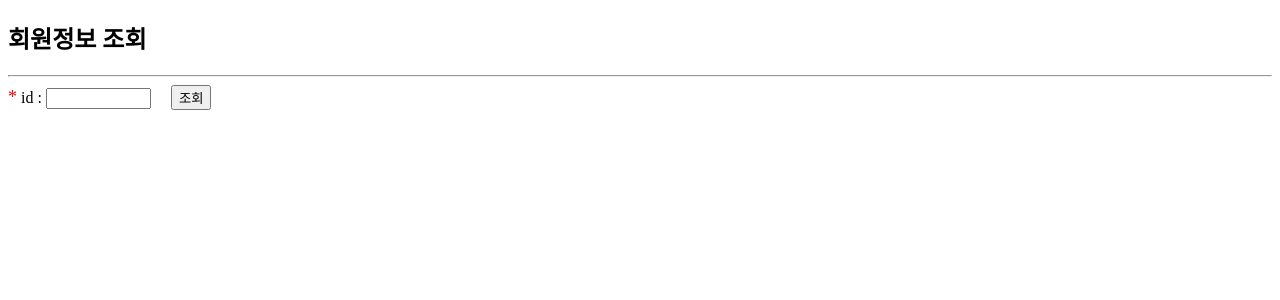
Repository: chuni90/bigdata
Page: http://localhost/tutorial_04/view/Search_form.jsp
An editor plug-in stored every save of this project. The page is shown before and after the next save, followed by the edit.
The browser window is 1280 px wide. The pictures show the whole page.
The page is served by Tomcat 9. Other server files are loaded and not shown.

Above is the page before, as saved 2019-09-24 07:31:16.

### 2. Java DB/Oracle/tutorial_04/WebContent/view/Search_form.jsp
<%@ page language="java" contentType="text/html; charset=UTF-8"
    pageEncoding="UTF-8"%>
<!DOCTYPE html PUBLIC "-//W3C//DTD HTML 4.01 Transitional//EN" "http://www.w3.org/TR/html4/loose.dtd">
<html>
	<head>
		<meta http-equiv="Content-Type" content="text/html; charset=UTF-8">
		<title>Insert title here</title>
	</head>
	<body>
		<h2>회원정보 조회</h2><hr>
		<form action = "/tutorial_04/search" method = "post">  <!-- 절대 주소로 사용 -->
			<font color = "red" size = "4">*</font>
			id : <input type="text" name="id" size = "10" maxlength = "10"/>
			&nbsp;&nbsp;&nbsp;
			<input type = "submit" value = "조회"/>
		</form>

	</body>
</html>

After the next save:
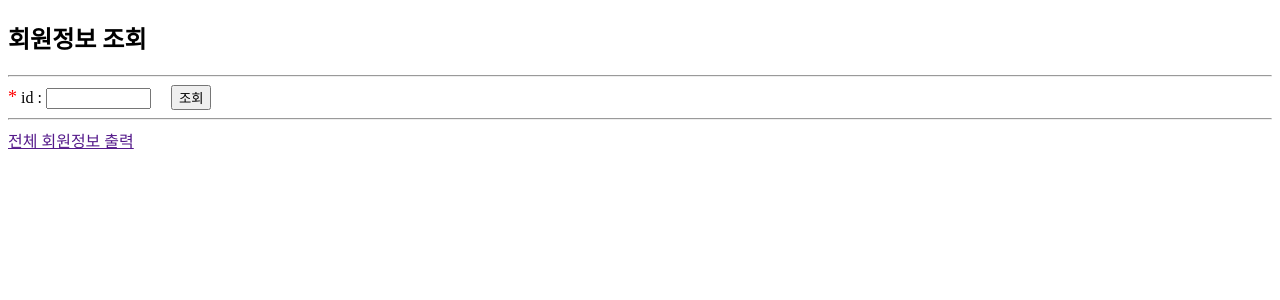
Saved 2 min 39 s later.
--- a/2. Java DB/Oracle/tutorial_04/WebContent/view/Search_form.jsp
+++ b/2. Java DB/Oracle/tutorial_04/WebContent/view/Search_form.jsp
@@ -14,6 +14,8 @@
 			&nbsp;&nbsp;&nbsp;
 			<input type = "submit" value = "조회"/>
 		</form>
+		<hr>
+		<a href="">전체 회원정보 출력</a>
 
 	</body>
 </html>
